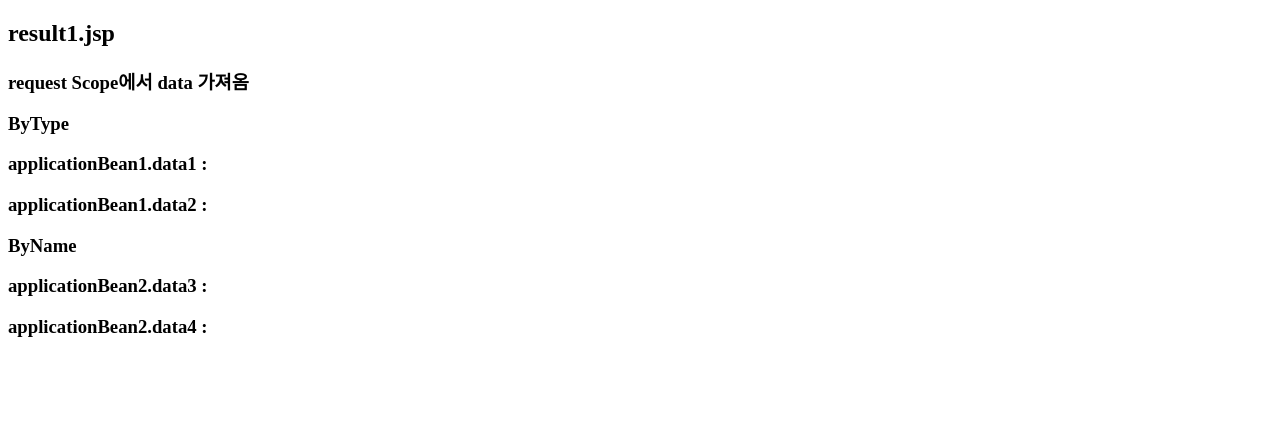
Repository: leejaeho5026/Spring
Page: http://localhost/ApplicationScopeXml/WEB-INF/views/result1.jsp
These files come from the project's save history. The page is drawn as it stood at one moment and after the next save; the edit follows.
The browser window is 1280 px wide. The pictures show the whole page.
The page is served by Tomcat 9. Nobody is signed in. Other server files are loaded and not shown. The template is opened directly, without the code that normally fills it, so the values that code supplies are empty.

Above is the page before, as saved 2023-06-12 06:34:27.

### ApplicationScopeXml/WebContent/WEB-INF/views/result1.jsp
<%@ page language="java" contentType="text/html; charset=UTF-8"
    pageEncoding="UTF-8"%>
<!DOCTYPE html>
<html>
<head>
<meta charset="UTF-8">
<title>Insert title here</title>
</head>
<body>
	<h2>result1.jsp</h2>
	<h3>request Scope에서 data 가져옴</h3>
	<h3>ByType</h3>
	<h3>applicationBean1.data1 : ${requestScope.applicationBean1.data1 }</h3>
	<h3>applicationBean1.data2 : ${requestScope.applicationBean1.data2 }</h3>
	<h3>ByName</h3>
	<h3>applicationBean2.data3 : ${applicationScope.applicationBean2.data3 }</h3>
	<h3>applicationBean2.data4 : ${applicationScope.applicationBean2.data4 }</h3>
</body>
</html>

After the next save:
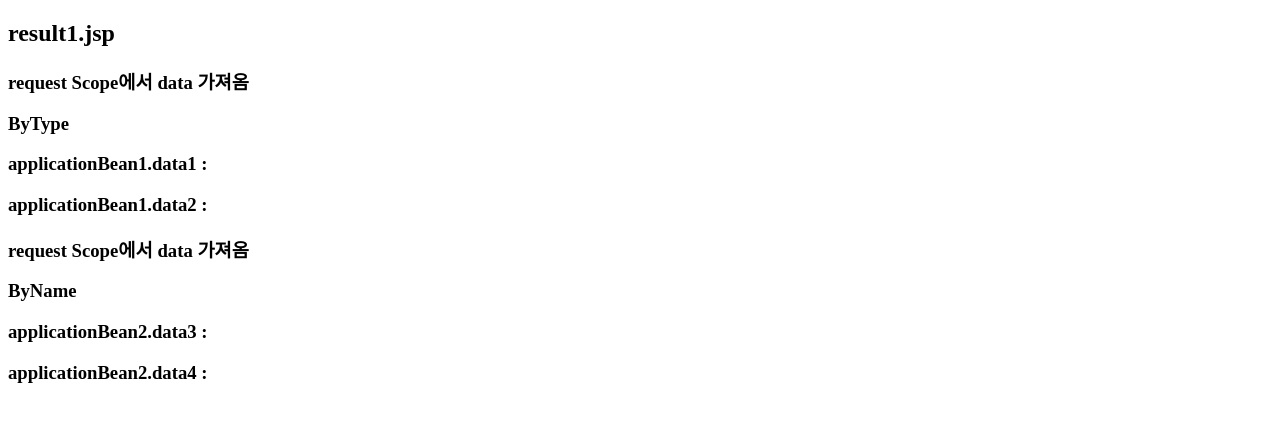
Saved 6 s later.
--- a/ApplicationScopeXml/WebContent/WEB-INF/views/result1.jsp
+++ b/ApplicationScopeXml/WebContent/WEB-INF/views/result1.jsp
@@ -12,6 +12,7 @@
 	<h3>ByType</h3>
 	<h3>applicationBean1.data1 : ${requestScope.applicationBean1.data1 }</h3>
 	<h3>applicationBean1.data2 : ${requestScope.applicationBean1.data2 }</h3>
+		<h3>request Scope에서 data 가져옴</h3>
 	<h3>ByName</h3>
 	<h3>applicationBean2.data3 : ${applicationScope.applicationBean2.data3 }</h3>
 	<h3>applicationBean2.data4 : ${applicationScope.applicationBean2.data4 }</h3>
